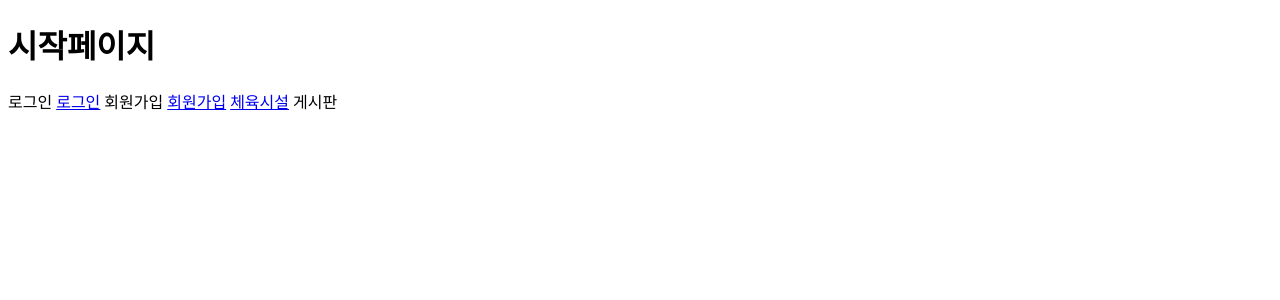
Repository: shinyunseok/portfolio1
Page: portfolio/src/main/resources/static/index.html
These files come from the project's save history. The page is drawn as it stood at one moment and after the next save; the edit follows.
The browser window is 1280 px wide. The pictures show the whole page.

Above is the page before, as saved 2023-05-24 07:56:53.

After the next save:
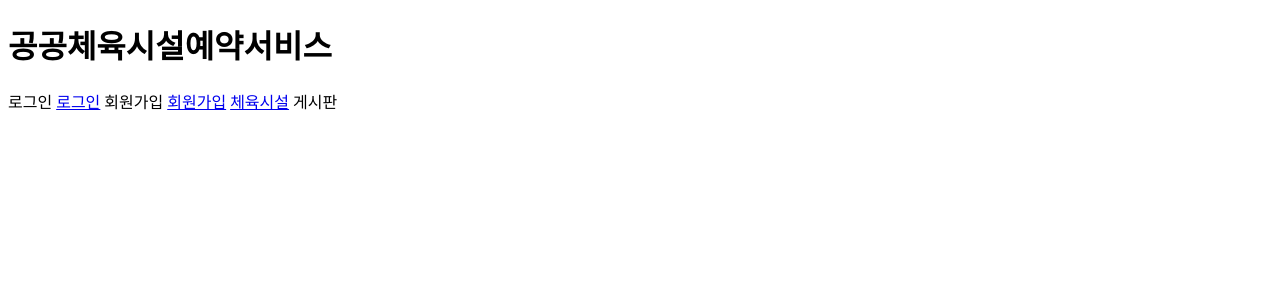
Saved 2 min 30 s later.
--- a/portfolio/src/main/resources/static/index.html
+++ b/portfolio/src/main/resources/static/index.html
@@ -5,7 +5,7 @@
 <title>Index</title>
 </head>
 <body>
-	<h1>시작페이지</h1>
+	<h1>공공체육시설예약서비스</h1>
 
 	로그인 <a href="login.do">로그인</a>
 	회원가입 <a href="insertUser.do">회원가입</a>
